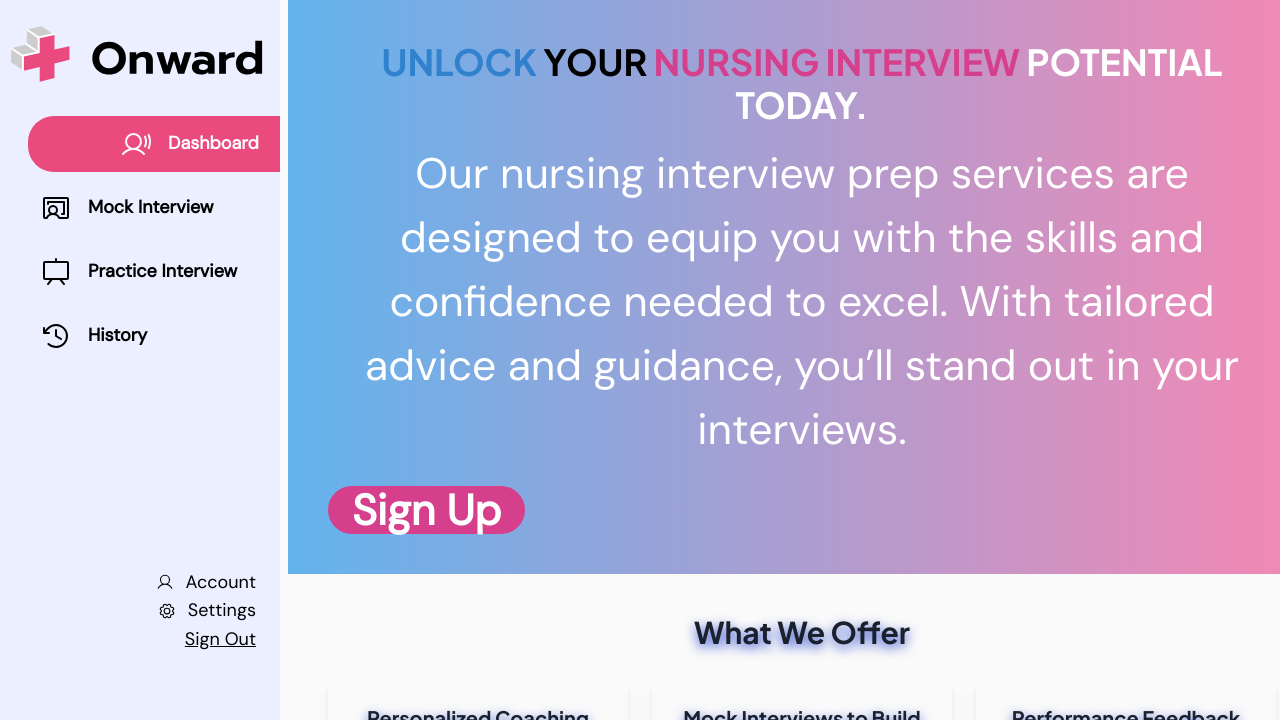
Repository: Aladdin3r/onward
Page: /landing-page
The author's editor kept a copy of each file at every save. The page is drawn from the files as they stood at one save, then again after the next save.
The browser window is 1280 px wide. The pictures show the whole page.
The project was rebuilt for these pictures with package versions that can differ from the ones it lists, and the page was loaded fresh each time. The framework's server and built-in components were replaced by stand-ins that run in the browser. Also part of the build but not shown: next.config.mjs, styles/components/AppTopNav.js.

Above is the page before, as saved 2024-10-29 00:53:46.

After the next save:
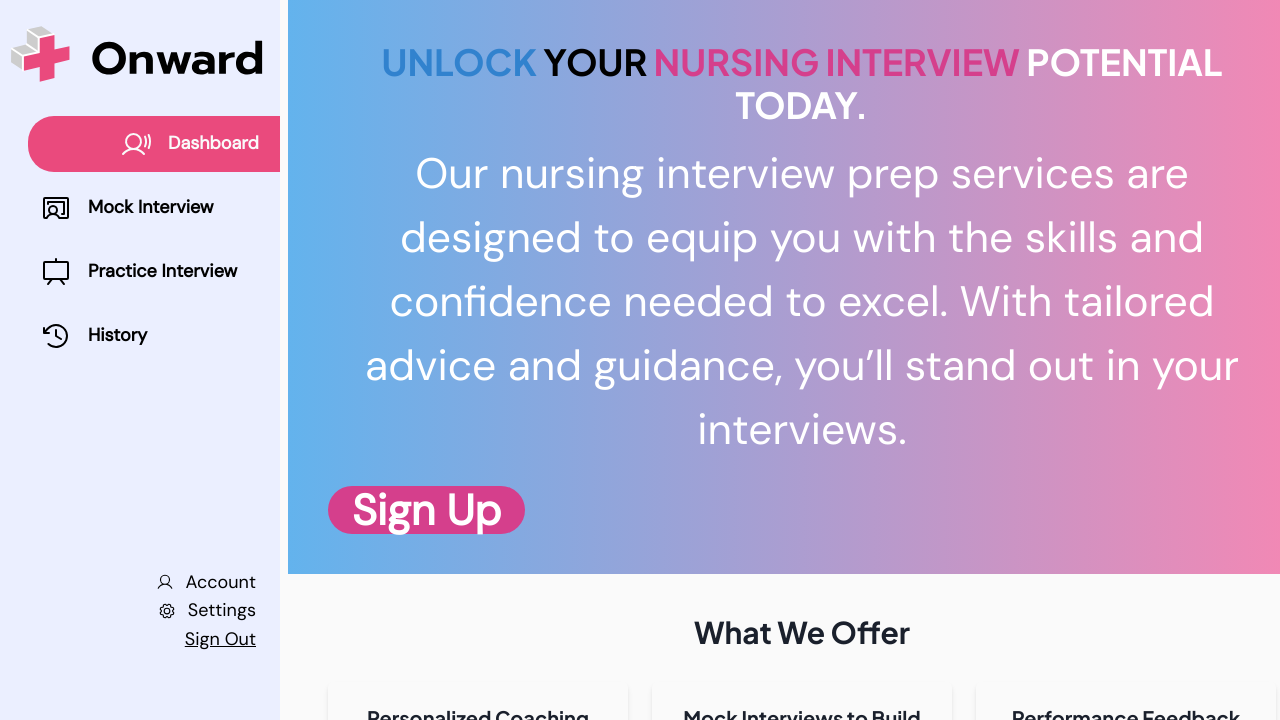
Saved 5 s later.
--- a/pages/landing-page.js
+++ b/pages/landing-page.js
@@ -39,9 +39,7 @@ import {
         </Box>
 
         {/* What We Offer Section */}
-        <Box p={10} textAlign="center"   borderRadius="md"
-  boxShadow="none"
-  filter="drop-shadow(0px 4px 6px #3352CF)">
+        <Box p={10} textAlign="center" >
           <Heading fontFamily="heading" fontSize="3xl" mb={8}>What We Offer</Heading>
           <Flex justify="center" gap={6}>
             <Stack width="300px" borderRadius="md" boxShadow="md" p={6} textAlign="center">
